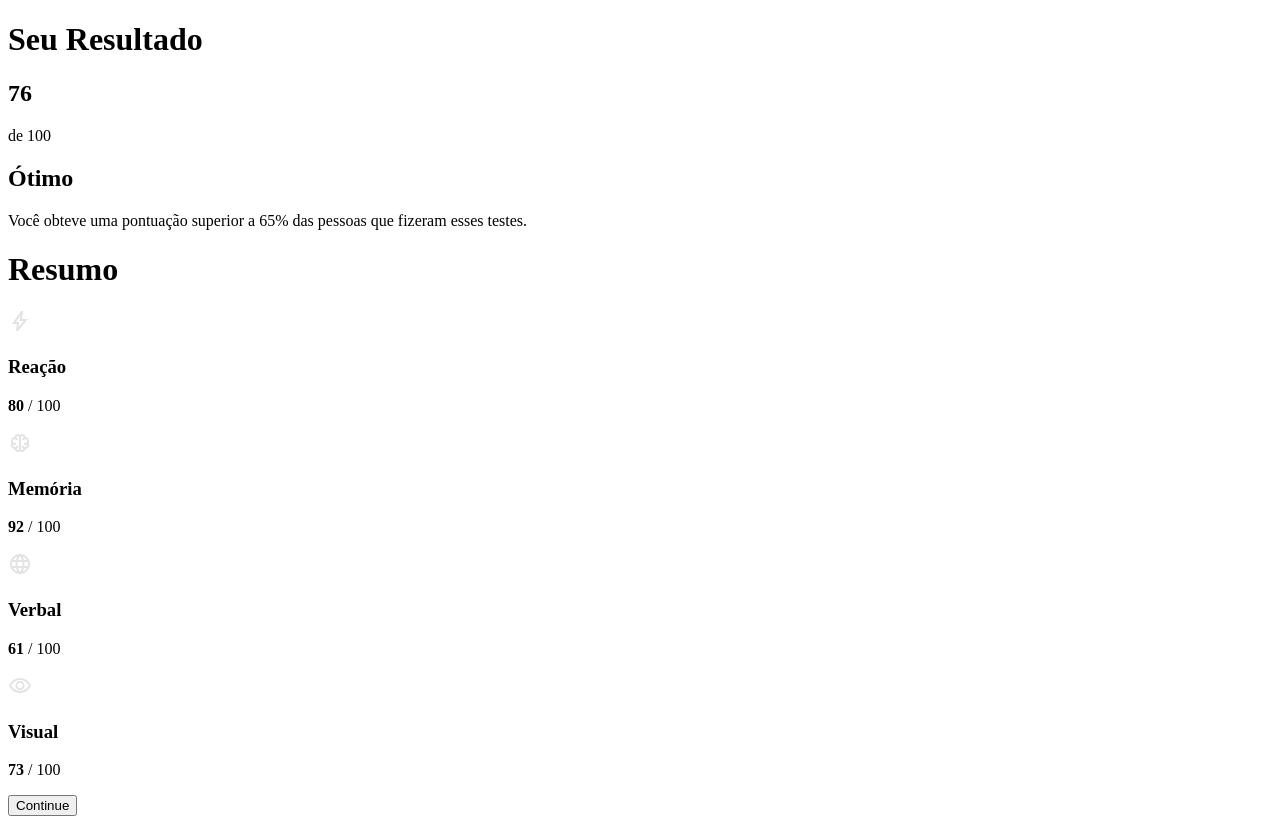
Repository: caique2512/resumo-de-resultados
Page: index.html
The author's editor kept a copy of each file at every save. The page is drawn from the files as they stood at one save, then again after a run of saves.
The browser window is 1280 px wide. The pictures show the whole page.

Above is the page before, as saved 2026-03-05 22:53:46.

After the next 13 saves:
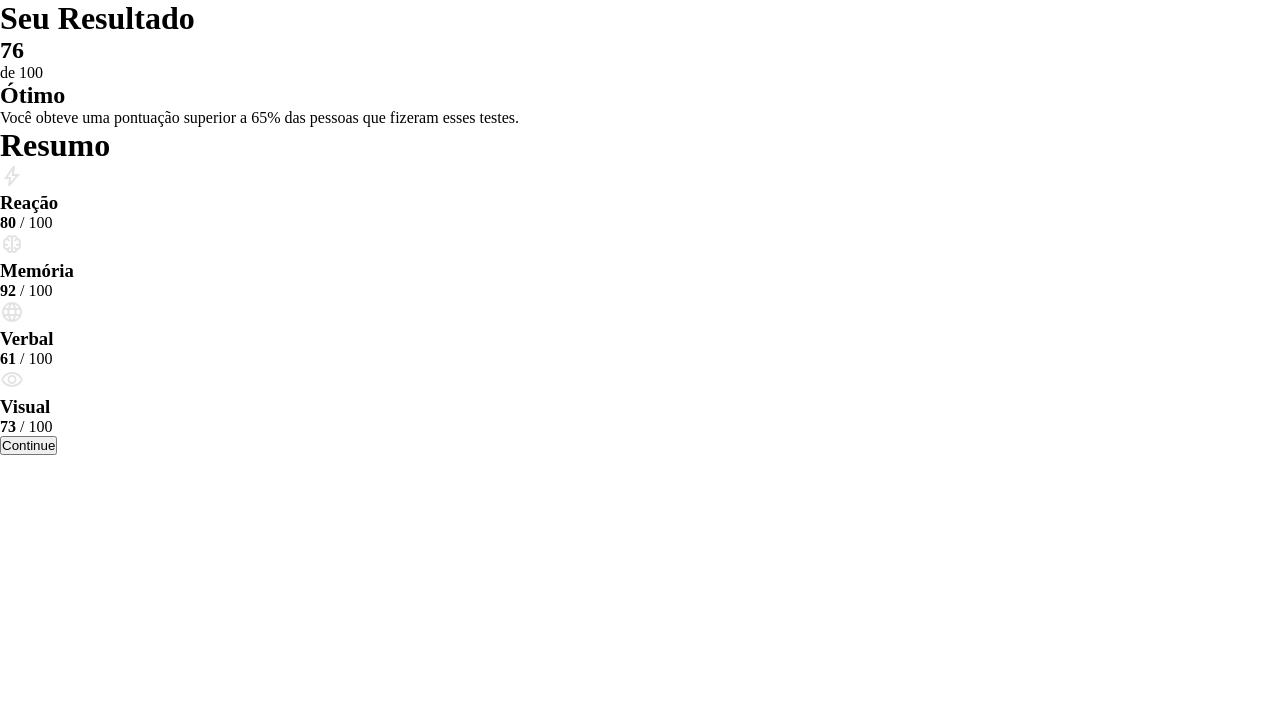
The 13 saves are shown as one change because they came seconds apart.
The last was saved 2 min 25 s later.
--- a/index.html
+++ b/index.html
@@ -4,6 +4,8 @@
     <meta charset="UTF-8">
     <meta name="viewport" content="width=device-width, initial-scale=1.0">
     <title>Resumo de Resultados</title>
+    <link rel="stylesheet" href="src/css/estilos.css">
+    <link rel="stylesheet" href="src/css/reset.css">
 </head>
 <body>
     <main class="conteudo">
